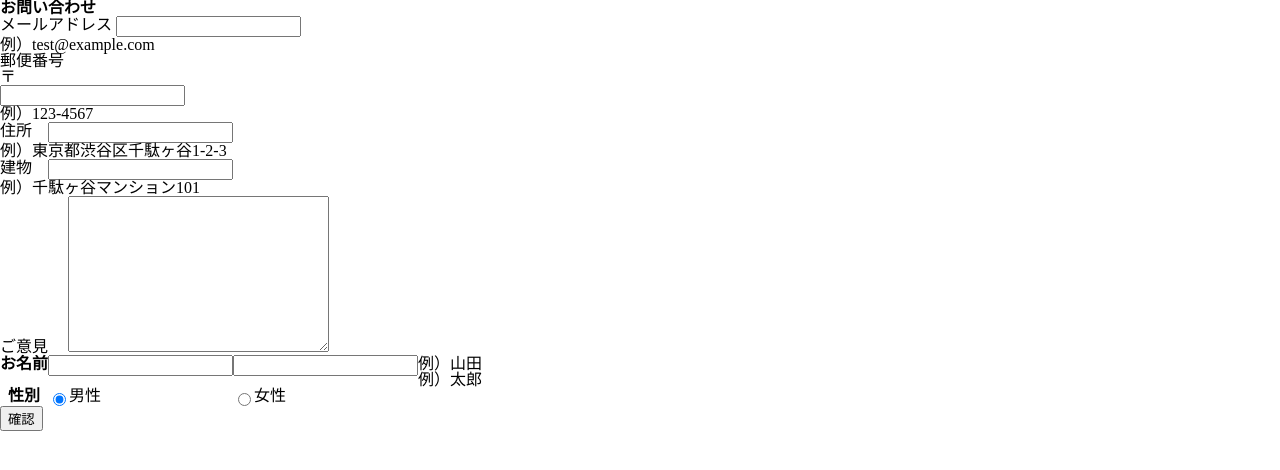
Repository: 1000sky/20220728majima
Page: http://localhost/contact
These files come from the project's save history. The page is drawn as it stood at one moment and after the next save; the edit follows.
The browser window is 1280 px wide. The pictures show the whole page.
The page is served by the project's Laravel application, run on PHP 8.4 with Laravel 8. Queries for data that is not in the repository find no rows.

Above is the page before, as saved 2022-07-27 23:46:50.

After the next save:
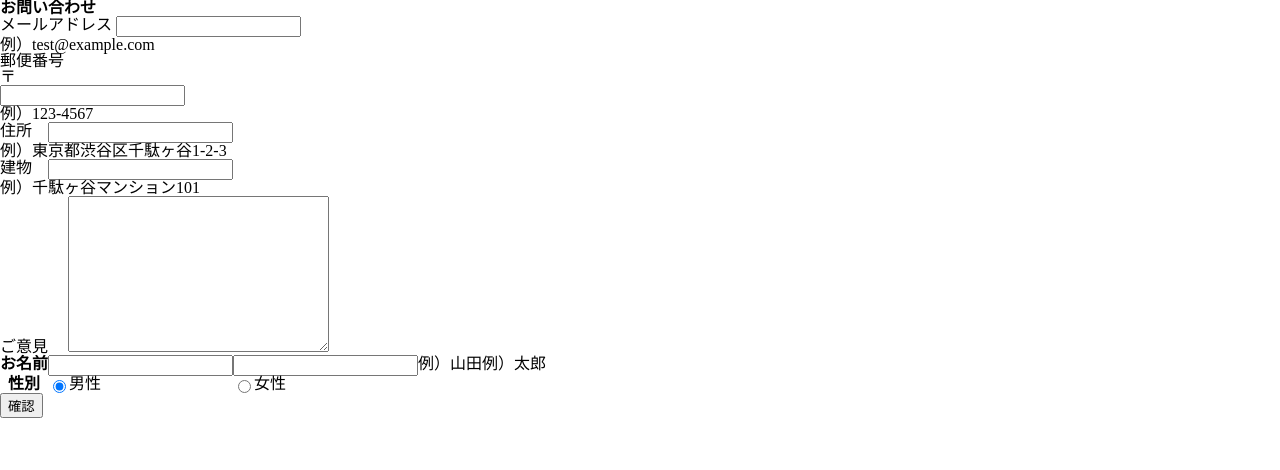
Saved 2 min 26 s later.
--- a/advance-test/resources/views/contact.blade.php
+++ b/advance-test/resources/views/contact.blade.php
@@ -27,7 +27,7 @@
         <th><label>お名前</label></th>
 
         <td><input type="text" name="fullname"></td><td><input type="text" name="fullname"></td>
-        <td><p>例）山田</p><p>例）太郎</p></td>
+        <td><p>例）山田</p></td> <td><p>例）太郎</p></td>
         </tr>
 
         @if ($errors->has('fullname'))
@@ -43,8 +43,8 @@
         <th><label>性別 </label></th>
         <td><input type="radio" name="gender" checked="checked"><label for="">男性</label></td>
         <td><input type="radio" name="gender"><label for="">女性</label></td>
+        </tr>
 
-        </tr>
         @if ($errors->has('gender'))
         <tr>
           <th>ERROR</th>
